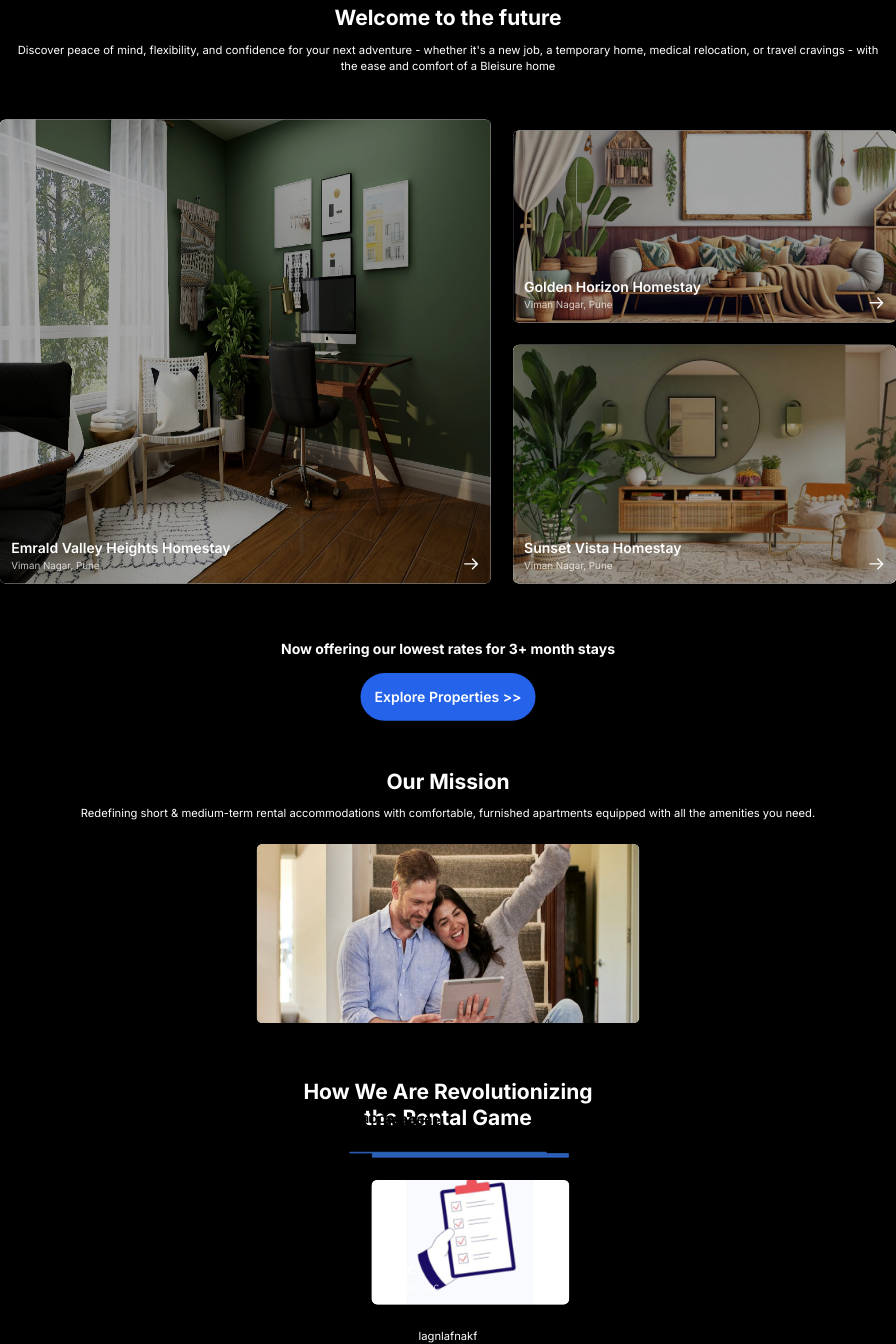
Repository: aditya-jha-kumar/BleisureHosting-V1
Page: /home
The author's editor kept a copy of each file at every save. The page is drawn from the files as they stood at one save, then again after a run of saves.
The browser window is 1280 px wide. The pictures show the part of the page from y = 761 to 2681 px (the page is 2681 px tall before and 2527 px after), at 70% of full size.
The project was rebuilt for these pictures with package versions that can differ from the ones it lists, and the page was loaded fresh each time. The framework's server and built-in components were replaced by stand-ins that run in the browser. Also part of the build but not shown: next.config.mjs.

Above is the page before, as saved 2024-06-12 15:31:30.

### src/app/home/page.tsx
// Home.tsx
"use client";
// Home.tsx

import React from "react";
import Navbar from "@/components/navbar";
import Search from "@/components/Search";
import Hero from "@/components/hero";
import Card from "@/components/card";
import Button from "@/components/button";
import Card2 from "@/components/Card2";

export default function Home() {
  return (
    <div className="relative min-h-screen flex flex-col justify-center items-center">
      {/* Navbar */}
      <Navbar
        logoSrc="/logo.png"
        logoAlt=""
        option1="Place to stay"
        option2="Experience"
        option3="Nearby"
        option4="Contact"
        button1Label="Become a partner"
        button2Label="Sign up"
      />

      {/* Hero section */}
      <div className="relative rounded overflow-hidden flex-1">
        <Hero
          logoSrc="/hero.png"
          logoAlt="Your alt text here"
          className="rounded"
        />
        {/* Search component placed on Hero */}
        <div className="absolute inset-0 flex justify-center items-center">
          <Search placeholder="Search" />
        </div>
      </div>

      {/* Additional content */}
      <div className="flex flex-col items-center justify-center text-center mt-8 md:mt-12 px-4">
        <h1 className="text-3xl font-bold">Welcome to the future</h1>
        <p className="mt-4">
          Discover peace of mind, flexibility, and confidence for your next
          adventure - whether it's a new job, a temporary home, medical
          relocation, or travel cravings - with the ease and comfort of a
          Bleisure home
        </p>
      </div>

      {/* Cards */}
      <div className="flex justify-center mt-8 space-x-4 md:space-x-8">
        <Card
          imageSrc="/card1.png"
          largeText="Emrald Valley Heights Homestay"
          smallText="Viman Nagar, Pune"
          showOverlay
          showArrow
        />
        <div className="md:mt-4">
          {/* Add margin top for medium screens */}
          <Card
            imageSrc="/card2.png"
            largeText="Golden Horizon Homestay"
            smallText="Viman Nagar, Pune"
            showOverlay
            showArrow
          />
          <Card
            imageSrc="/card3.png"
            largeText="Sunset Vista Homestay"
            smallText="Viman Nagar, Pune"
            showOverlay
            showArrow
          />
        </div>
      </div>

      {/* Additional content */}
      <div className="flex flex-col items-center justify-center text-center mt-8 md:mt-12 px-4">
        <h1 className="text-xl font-bold">
          Now offering our lowest rates for 3+ month stays
        </h1>
        <Button text="Explore Properties >>" />
      </div>

      {/* Our Mission */}
      <div className="flex flex-col items-center justify-center text-center mt-8 md:mt-12 px-4">
        <h1 className="text-3xl font-bold">Our Mission</h1>
        <p className="mt-4">
          Redefining short & medium-term rental accommodations with comfortable,
          furnished apartments equipped with all the amenities you need.
        </p>
        <Card
          imageSrc="our-mission.png"
          largeText=""
          smallText=""
          smallSize // Pass this prop to decrease the size
        />
      </div>
      {/* revolutionizing */}
      <div>
        <div className="flex flex-col items-center justify-center text-center mt-8 md:mt-12 px-4">
          <h1 className="text-3xl font-bold">
            How We Are Revolutionizing <br /> the Rental Game
          </h1>
        </div>
      </div>
      <div className=" justify-center mt-8 space-x-4 md:space-x-8">
        <Card2 imageSrc="/card1.png" largeText="abcac" smallText="acac" />
        <Card2 imageSrc="/a2.png" largeText="acacac" smallText="acacea" />
        <Card2 imageSrc="/a3.png" largeText="acaecae" smallText="acaecae" />
        <Card2 imageSrc="/a4.png" largeText="acac" smallText="acacaecaec" />
        <Card imageSrc="/a4.png" largeText="acac" smallText="acacaecaec" />
      </div>
      <div>
        <h1>lagnlafnakf</h1>
      </div>
    </div>
  );
}

### src/components/navbar.tsx
"use client"
import { useState } from "react";
import Link from "next/link";

interface NavbarProps {
  logoSrc: string;
  logoAlt: string;
  option1: string;
  option2: string;
  option3: string;
  option4: string;
  button1Label: string;
  button2Label: string;
}

const Navbar = ({
  logoSrc,
  logoAlt,
  option1,
  option2,
  option3,
  option4,
  button1Label,
  button2Label,
}: NavbarProps) => {
  const [isMenuOpen, setIsMenuOpen] = useState(false);

  const toggleMenu = () => {
    setIsMenuOpen(!isMenuOpen);
  };

  return (
    <nav className="bg-white dark:bg-white fixed w-full z-20 top-0 start-0 border-b">
      <div className="max-w-screen-xl flex flex-wrap items-center justify-between mx-auto p-4">
        <Link
          className="flex items-center space-x-3 rtl:space-x-reverse cursor-pointer"
          href="/"
        >
          <img src={logoSrc} className="h-8" alt={logoAlt} />
          <span className="self-center text-2xl font-semibold whitespace-nowrap dark:text-black">
            {logoAlt}
          </span>
        </Link>
        <div className="flex md:order-2 space-x-3 md:space-x-0 rtl:space-x-reverse">
          <button
            type="button"
            className="text-black bg-white border-black border-2 focus:ring-4 font-medium rounded-lg text-sm px-4 py-2 text-center transition duration-300 ease-in-out hover:bg-black hover:text-white hover:border-gray-800"
          >
            {button1Label}
          </button>

          <span className="px-2 py-2">|</span>
          <button
            type="button"
            className="text-white bg-blue-700 hover:bg-blue-800 focus:ring-4 focus:outline-none focus:ring-blue-300 font-medium rounded-lg text-sm px-4 py-2 text-center dark:bg-blue-600 dark:hover:bg-blue-700 dark:focus:ring-blue-800 transition duration-300 ease-in-out"
          >
            {button2Label}
          </button>

          <button
            data-collapse-toggle="navbar-sticky"
            type="button"
            className="inline-flex items-center p-2 w-10 h-10 justify-center text-sm text-gray-500 rounded-lg md:hidden hover:bg-gray-100 focus:outline-none focus:ring-2 focus:ring-gray-200 dark:text-gray-400 dark:hover:bg-gray-700 dark:focus:ring-gray-600 transition duration-300 ease-in-out"
            aria-controls="navbar-sticky"
            aria-expanded="false"
            onClick={toggleMenu}
          >
            <span className="sr-only">Open main menu</span>
            <svg
              className="w-5 h-5"
              aria-hidden="true"
              xmlns="http://www.w3.org/2000/svg"
              fill="none"
              viewBox="0 0 17 14"
            >
              <path
                stroke="currentColor"
                strokeLinecap="round"
                strokeLinejoin="round"
                strokeWidth="2"
                d="M1 1h15M1 7h15M1 13h15"
              />
            </svg>
          </button>
        </div>
        <div
          className={`items-center justify-between w-full md:flex md:w-auto md:order-1 ${
            isMenuOpen ? "block" : "hidden"
          }`}
          id="navbar-sticky"
        >
          <ul className="flex flex-col p-4 md:p-0 mt-4 font-medium border border-gray-100 rounded-lg bg-gray-50 md:space-x-8 rtl:space-x-reverse md:flex-row md:mt-0 md:border-0 md:bg-white">
            <li>
              <Link
                className="block py-2 px-3 text-gray-900 rounded hover:bg-gray-100 md:hover:bg-transparent md:hover:text-blue-700 md:p-0 md:dark:hover:text-blue-500 dark:text-black dark:hover:bg-gray-700 dark:hover:text-black md:dark:hover:bg-transparent dark:border-gray-700 transition duration-300 ease-in-out"
                aria-current="page"
                href="/placetostay"
              >
                {option1}
              </Link>
            </li>
            <li>
              <Link
                className="block py-2 px-3 text-gray-900 rounded hover:bg-gray-100 md:hover:bg-transparent md:hover:text-blue-700 md:p-0 md:dark:hover:text-blue-500 dark:text-black dark:hover:bg-gray-700 dark:hover:text-black md:dark:hover:bg-transparent dark:border-gray-700 transition duration-300 ease-in-out"
                href="/about"
              >
                {option2}
              </Link>
            </li>
            <li>
              <Link
                className="block py-2 px-3 text-gray-900 rounded hover:bg-gray-100 md:hover:bg-transparent md:hover:text-blue-700 md:p-0 md:dark:hover:text-blue-500 dark:text-black dark:hover:bg-gray-700 dark:hover:text-black md:dark:hover:bg-transparent dark:border-gray-700 transition duration-300 ease-in-out"
                href="/services"
              >
                {option3}
              </Link>
            </li>
            <li>
              <Link
                className="block py-2 px-3 text-gray-900 rounded hover:bg-gray-100 md:hover:bg-transparent md:hover:text-blue-700 md:p-0 md:dark:hover:text-blue-500 dark:text-black dark:hover:bg-gray-700 dark:hover:text-black md:dark:hover:bg-transparent dark:border-gray-700 transition duration-300 ease-in-out"
                href="/contact"
              >
                {option4}
              </Link>
            </li>
          </ul>
        </div>
      </div>
    </nav>
  );
};

export default Navbar;

### src/components/Search.tsx
"use client";
import React from "react";

interface SearchProps {
  placeholder: string;
}

const Search = ({ placeholder }: SearchProps) => {
  return (
    <div className="relative">
      <input
        type="text"
        placeholder={placeholder}
        className="w-full h-12 px-4 py-2 rounded-lg border border-gray-300 focus:outline-none focus:border-blue-500"
      />
      <button className="absolute inset-y-0 right-0 flex items-center px-4 bg-blue-500 text-white rounded-r-lg">
        Search
      </button>
    </div>
  );
};

export default Search;

### src/components/hero.tsx
"use client";
import React from "react";

interface HeroProps {
  logoSrc: string;
  logoAlt: string;
  className?: string; // Make className optional
}

const Hero = ({ logoSrc, logoAlt, className }: HeroProps) => {
  return (
    <div className={className}>
      <div>
        <img src={logoSrc} alt={logoAlt} />
      </div>
    </div>
  );
};

export default Hero;

### src/components/card.tsx
import React from "react";

interface CardProps {
  imageSrc: string;
  largeText: string;
  smallText: string;
  showOverlay?: boolean; // Optional prop to show/hide overlay
  showArrow?: boolean; // Optional prop to show/hide arrow
  smallSize?: boolean; // Optional prop to decrease card size
}

const Card = ({
  imageSrc,
  largeText,
  smallText,
  showOverlay = false,
  showArrow = false,
  smallSize = false,
}: CardProps) => {
  return (
    <div
      className={`relative bg-white rounded-lg shadow-md overflow-hidden group my-8 ${
        smallSize ? "w-250 h-64" : "w-full h-auto"
      }`}
    >
      {/* Image */}
      <div className="w-full h-full relative">
        <img src={imageSrc} alt="Card" className="w-full h-full" />
        {/* Black overlay */}
        {showOverlay && (
          <div className="absolute inset-0 bg-black opacity-35 rounded-lg"></div>
        )}
      </div>

      {/* Large Text */}
      <div className="absolute bottom-0 left-0 p-4">
        <h2 className="text-xl font-semibold text-white">{largeText}</h2>
        <p className="text-sm text-white opacity-75">{smallText}</p>
      </div>

      {/* Arrow Icon */}
      {showArrow && (
        <div className="absolute bottom-0 right-0 p-4">
          <svg
            xmlns="http://www.w3.org/2000/svg"
            className="h-6 w-6 text-white"
            fill="none"
            viewBox="0 0 24 24"
            stroke="currentColor"
          >
            <path
              strokeLinecap="round"
              strokeLinejoin="round"
              strokeWidth={2}
              d="M14 5l7 7m0 0l-7 7m7-7H3"
            />
          </svg>
        </div>
      )}
    </div>
  );
};

export default Card;

### src/components/button.tsx
import React from "react";

interface ButtonProps {
  text: string;
  onClick?: () => void;
  disabled?: boolean;
}

const Button = ({ text, onClick, disabled = false }: ButtonProps) => {
  return (
    <button
      type="button"
      onClick={onClick}
      disabled={disabled}
      className={`py-5 px-5 my-5 text-xl inline-flex items-center gap-x-2 font-semibold rounded-full ${
        disabled
          ? "opacity-50 cursor-not-allowed"
          : "bg-blue-600 text-white hover:bg-blue-700"
      }`}
    >
      {text}
    </button>
  );
};

export default Button;

### src/components/Card2.tsx
// Card.tsx
import React from "react";

interface CardProps {
  imageSrc: string;
  largeText: string;
  smallText: string;
}

const Card2 = ({ imageSrc, largeText, smallText }: CardProps) => {
  return (
    <div className=" w-full h-auto relative bg-cover bg-center rounded-lg shadow-md  border border-blue-500">
      {/* Background Image */}
      <div
        className="absolute top-0 left-0 w-full h-full bg-cover bg-center"
        style={{ backgroundImage: `url(${imageSrc})` }}
      />

      {/* Content */}
      <div className="text-black absolute bottom-0 left-0 right-0 p-4">
        <h2 className="text-xl font-semibold">{largeText}</h2>
        <p className="text-sm opacity-75">{smallText}</p>
      </div>
    </div>
  );
};

export default Card2;

### tailwind.config.ts
module.exports = {
  content: [
    "./src/pages/**/*.{js,ts,jsx,tsx}",
    "./src/components/**/*.{js,ts,jsx,tsx}",
    "./src/app/**/*.{js,ts,jsx,tsx}",
    "node_modules/preline/dist/*.js",
  ],
  theme: {
    extend: {
      backgroundImage: {
        "gradient-radial": "radial-gradient(var(--tw-gradient-stops))",
        "gradient-conic":
          "conic-gradient(from 180deg at 50% 50%, var(--tw-gradient-stops))",
      },
    },
  },
  plugins: [require("preline/plugin")],
};

Loaded but not shown: src/app/layout.tsx (common file); src/app/globals.css (common file)

After the next 11 saves:
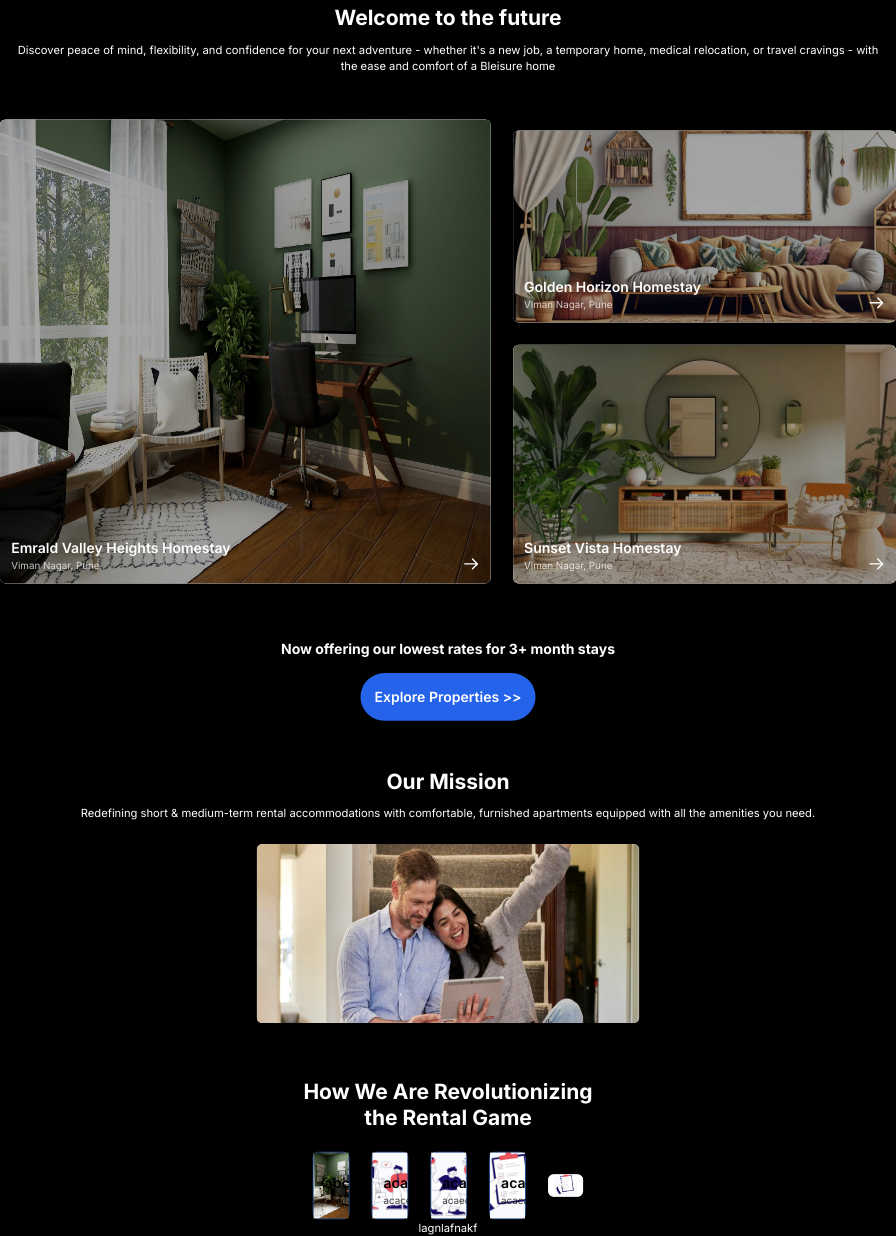
The 11 saves are shown as one change because they came seconds apart.
The last was saved 21 s later.
--- a/src/app/home/page.tsx
+++ b/src/app/home/page.tsx
@@ -107,7 +107,7 @@ export default function Home() {
           </h1>
         </div>
       </div>
-      <div className=" justify-center mt-8 space-x-4 md:space-x-8">
+      <div className="flex flex-row justify-center mt-8 space-x-4 md:space-x-8">
         <Card2 imageSrc="/card1.png" largeText="abcac" smallText="acac" />
         <Card2 imageSrc="/a2.png" largeText="acacac" smallText="acacea" />
         <Card2 imageSrc="/a3.png" largeText="acaecae" smallText="acaecae" />
